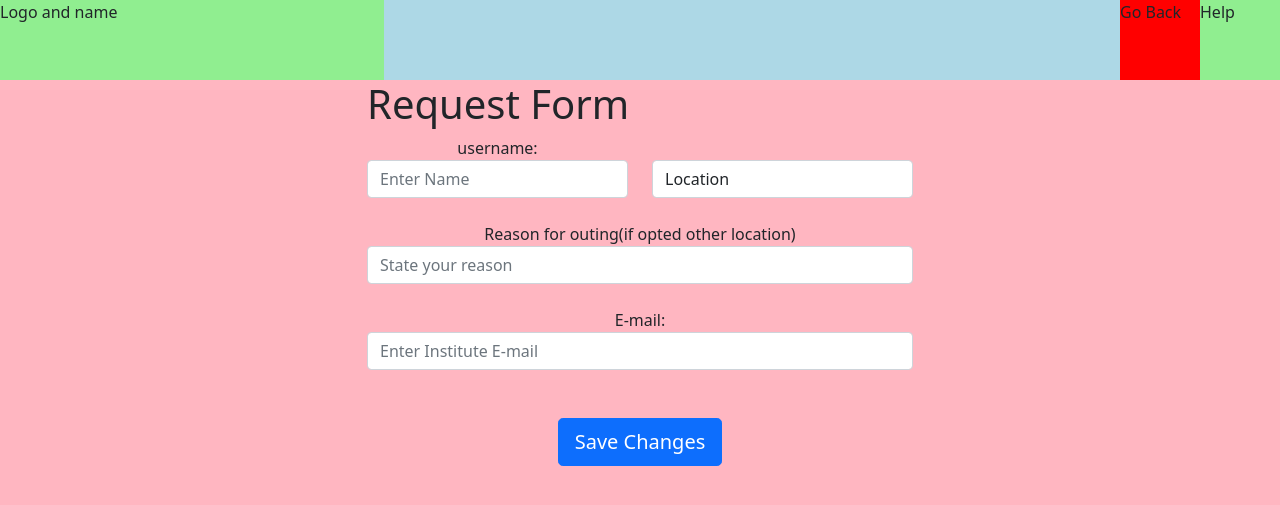
Repository: poornasyamasundar/Software-Project-Manager
Page: SoftwareManager/Templates/register.html
An editor plug-in stored every save of this project. The page is shown before and after the next save, followed by the edit.
The browser window is 1280 px wide. The pictures show the whole page.

Above is the page before, as saved 2021-10-19 11:15:05.

### SoftwareManager/Templates/register.html
<!DOCTYPE html>
<html>
	<head>
		<link href="https://cdn.jsdelivr.net/npm/bootstrap@5.0.2/dist/css/bootstrap.min.css" rel="stylesheet" integrity="sha384-EVSTQN3/azprG1Anm3QDgpJLIm9Nao0Yz1ztcQTwFspd3yD65VohhpuuCOmLASjC" crossorigin="anonymous">
		<link rel = 'stylesheet' href = 'register.css'>
		<title>
			Registration Page
		</title>
	</head>
	<body>
		<div id = 'homeMenu'>
			<div id = 'logo'>Logo and name</div>
			<div id = 'help'>Help</div>
			<div id = 'goback'>Go Back</div>
		</div>
		<!-- <div id = 'registrationbox'>
			<div id = 'loginlogo'>
				logo
			</div>
			<div id = 'name'>
				Name
			</div>
			<div id = 'email'>
				Email
			</div>
			<div id = 'github'>
				Github username
			</div>
			<div id = 'username'>
				username
			</div>
			<div id = 'password'>
				password
			</div>
			<div id = 'register'>
				register
			</div>
		</div> -->



		<div class="container">
			<div class="row">
			  <div class="col-lg-3"></div>

			  <div class="col-lg-6">
				<div id="ui">
				  <h1>Request Form</h1>
				  <form class="form-group text-center" action="/student/dashboard/requests/send" method="POST">
					<div class="row">
					  <div class="col-lg-6">
						<label for="">username: </label>
						<input type="text" name="name" class="form-control" placeholder="Enter Name">
					  </div>
					  <div class="col-lg-6">
						<label for="empty-space"></label>
						<select class="form-control" name="location">
						  <option>Location</option>
						  <option>Tirupati</option>
						  <option>Yerpedu</option>
						  <option>Talakona</option>
						  <option>Others</option>
						</select>
					  </div>
					</div>
					<br>
					<label>Reason for outing(if opted other location)</label>
					<input type="text" name="reason" class="form-control" placeholder="State your reason">
					<br>
					<label>E-mail:</label>
					<input type="email" name="email" class="form-control" placeholder="Enter Institute E-mail">
					<br>
					<br>
					<input type="submit" name="submit" value="Save Changes" class="btn btn-primary btn-lg">
				  </form>
				</div>
			  </div>

			  <div class="col-lg-3"></div>
			</div>
		  </div>
		  <script src="https://cdn.jsdelivr.net/npm/bootstrap@5.0.2/dist/js/bootstrap.bundle.min.js" integrity="sha384-MrcW6ZMFYlzcLA8Nl+NtUVF0sA7MsXsP1UyJoMp4YLEuNSfAP+JcXn/tWtIaxVXM" crossorigin="anonymous"></script>

	</body>
</html>

### SoftwareManager/Templates/register.css
body
{
	background-color: lightpink;
}
#homeMenu
{
	width: 100%;
	height: 80px;
	background-color: lightblue;
}
#logo
{
	width: 30vw;
	height: 80px;
	display: inline-block;
	background-color: lightgreen;
}
#goback
{
	width: 80px;
	height: 80px;
	display: inline-block;
	float: right;
	background-color: red;
}
#help
{
	width: 80px;
	height: 80px;
	display: inline-block;
	float: right;
	background-color: lightgreen;
}
#registrationbox
{
	height: 400px;
	width: 300px;
	background-color: orange;
	position: absolute;
	top: 0;
	bottom: 0;
	left: 0;
	right: 0;
	margin: auto;
}
#loginlogo
{
	height: 70px;
	width: 250px;
	background-color: lightgreen;
	margin: auto;
	margin-top: 20px;
}
#username, #password, #name, #email, #github
{
	height: 30px;
	width: 250px;
	background-color: lightgreen;
	margin: auto;
	margin-top: 20px;
}
#register
{
	height: 30px;
	width: 100px;
	background-color: lightgreen;
	margin: auto;
	margin-top: 30px;
}

After the next save:
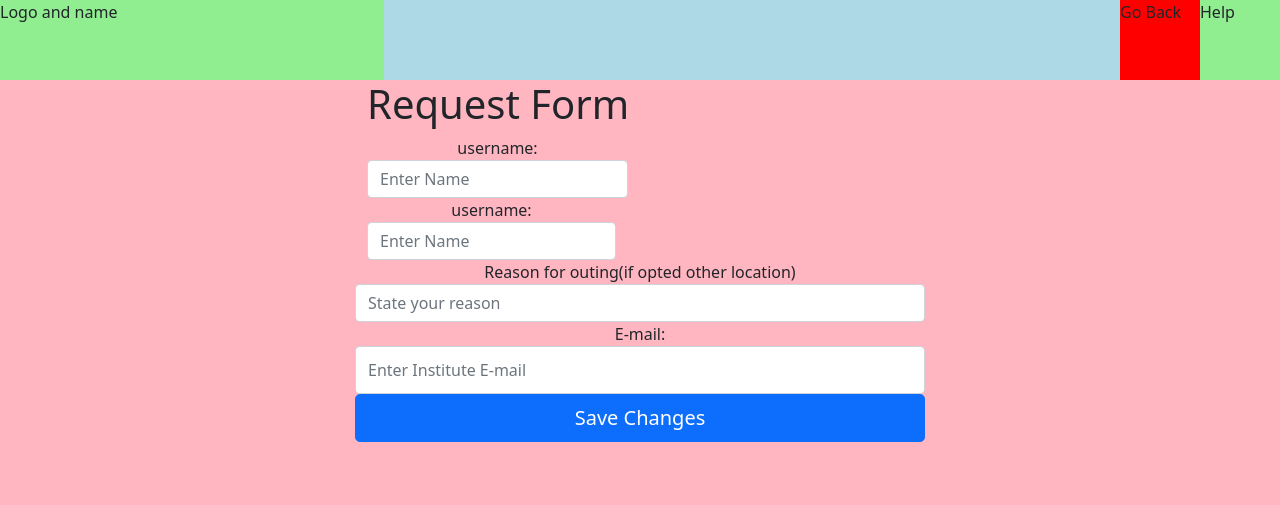
Saved 12 min 21 s later.
--- a/SoftwareManager/Templates/register.html
+++ b/SoftwareManager/Templates/register.html
@@ -46,13 +46,18 @@
 			  <div class="col-lg-6">
 				<div id="ui">
 				  <h1>Request Form</h1>
-				  <form class="form-group text-center" action="/student/dashboard/requests/send" method="POST">
+				  <form class="form-group text-center" action="" method="POST">
 					<div class="row">
 					  <div class="col-lg-6">
 						<label for="">username: </label>
 						<input type="text" name="name" class="form-control" placeholder="Enter Name">
 					  </div>
-					  <div class="col-lg-6">
+					  <div class="row">
+						<div class="col-lg-6">
+						  <label for="">username: </label>
+						  <input type="text" name="name" class="form-control" placeholder="Enter Name">
+						</div>
+					  <!-- <div class="col-lg-6">
 						<label for="empty-space"></label>
 						<select class="form-control" name="location">
 						  <option>Location</option>
@@ -61,7 +66,7 @@
 						  <option>Talakona</option>
 						  <option>Others</option>
 						</select>
-					  </div>
+					  </div> -->
 					</div>
 					<br>
 					<label>Reason for outing(if opted other location)</label>

After the save that followed:
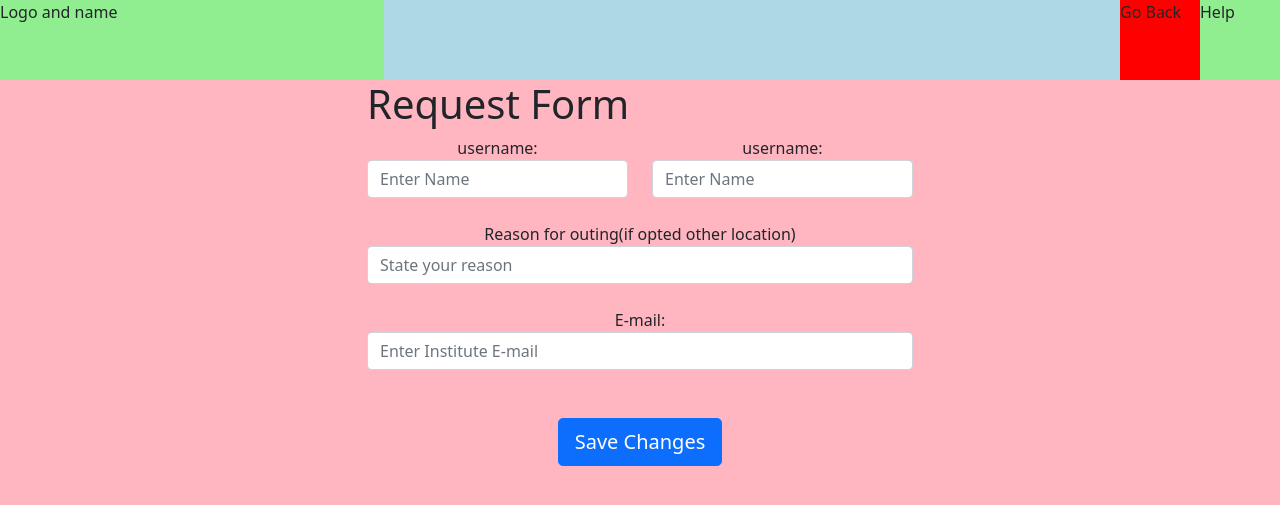
Saved 24 s later.
--- a/SoftwareManager/Templates/register.html
+++ b/SoftwareManager/Templates/register.html
@@ -52,7 +52,7 @@
 						<label for="">username: </label>
 						<input type="text" name="name" class="form-control" placeholder="Enter Name">
 					  </div>
-					  <div class="row">
+
 						<div class="col-lg-6">
 						  <label for="">username: </label>
 						  <input type="text" name="name" class="form-control" placeholder="Enter Name">
